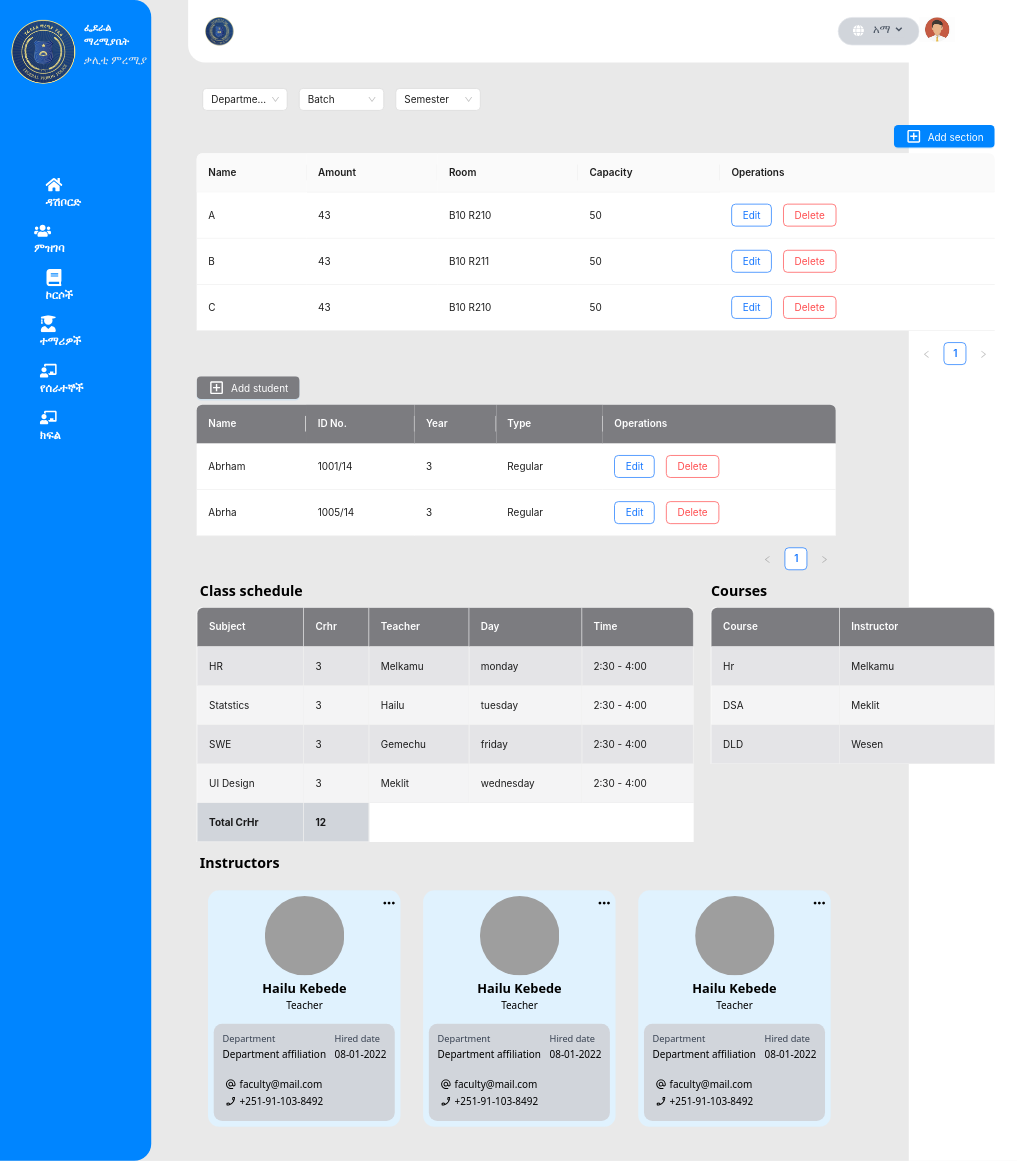
Repository: Yigoya/federal-prison-education-ms-frontend
Page: /classroom, after clicking the first element matching `td.ant-table-cell > a`
These files come from the project's save history. The page is drawn as it stood at one moment and after the next save; the edit follows.
The browser window is 1280 px wide. The page is 1433 px wide, so the pictures cover 1433 px, including what lies to the right of the window. The pictures show the whole page, at 71% of full size.
Pictures or frames that could not be fetched are drawn as grey boxes. The project was rebuilt for these pictures with package versions that can differ from the ones it lists, and the page was loaded fresh each time. Also part of the build but not shown: vite.config.js, src/pages/DashBoard.jsx, src/pages/Courses.jsx, src/layout/AuthLayout.jsx, src/pages/Login.jsx, src/pages/Teachers.jsx, src/pages/StudentRegistration.jsx, src/components/classroom/ComboBox.jsx and 1 more. Imported but missing from the stored project, and not drawn on this page: src/pages/Students.

Above is the page before, as saved 2024-07-05 15:15:11.

After the next save:
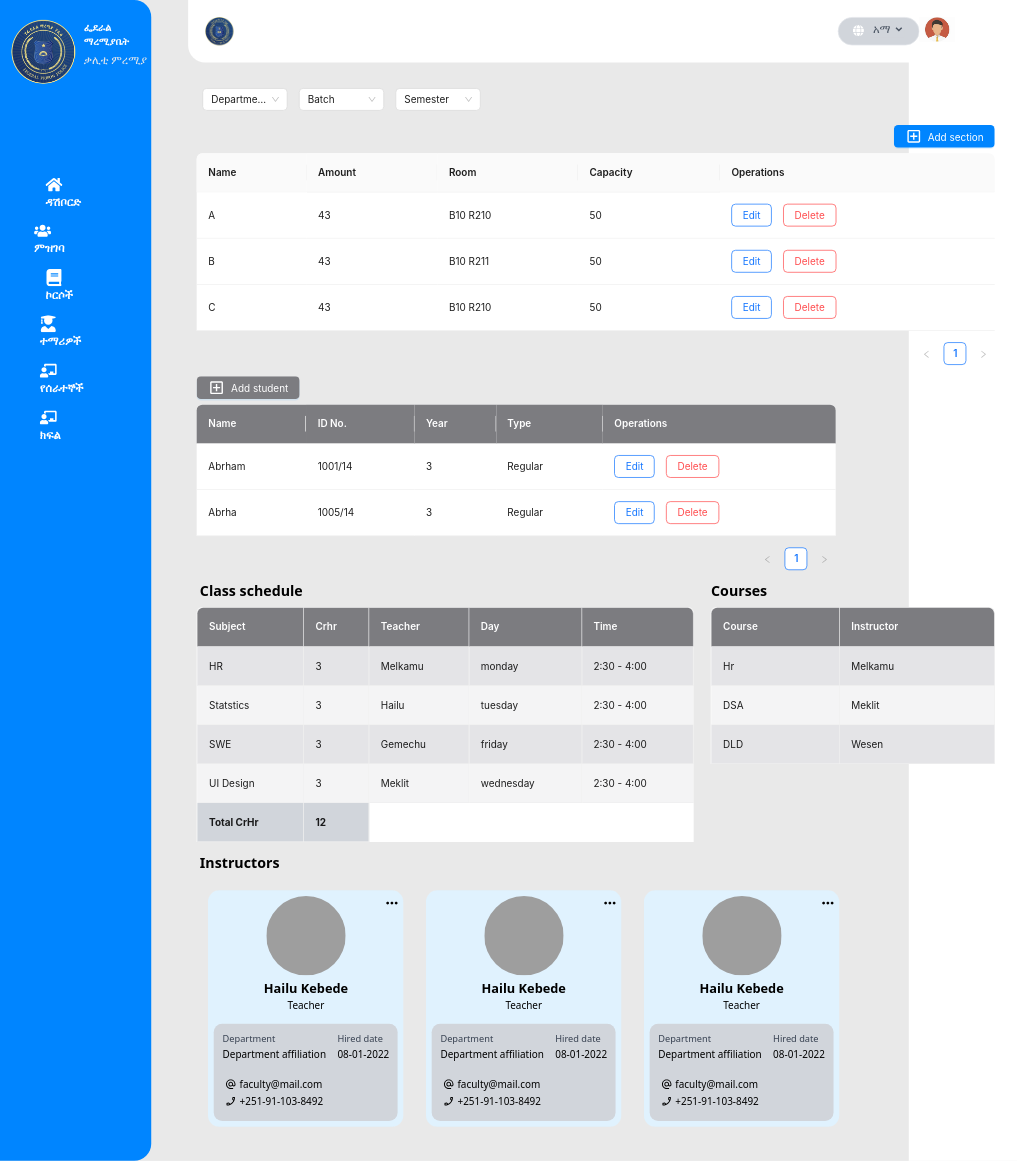
Saved 17 s later.
--- a/src/components/classroom/InstructorDetails.jsx
+++ b/src/components/classroom/InstructorDetails.jsx
@@ -24,7 +24,7 @@
 
       {/* Additional info */}
       <div className="bg-gray-300 rounded-xl w-full p-3 leading-3.5 mt-4">
-        <div className="flex gap-3">
+        <div className="flex gap-4">
           <div>
             <p className="text-[13px] text-gray-700">Department</p>
             <p className="text-[14px]">Department affiliation</p>
